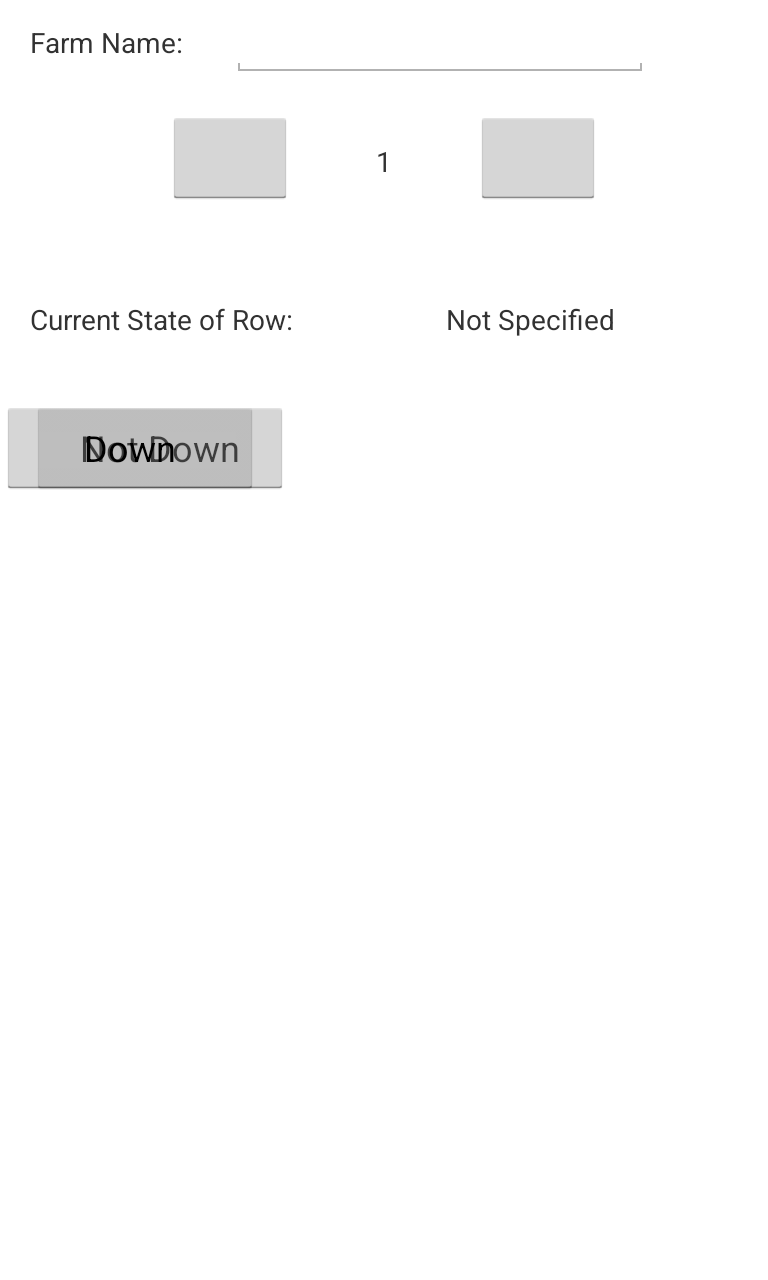
Repository: cokembel/FarmHand
Layout: FarmHand/res/layout/activity_main.xml
The author's editor kept a copy of each file at every save. The layout is drawn from the files as they stood at one save, then again after the next save.
It is drawn on a 768 x 1280 px phone screen (xhdpi) without system bars, with theme AppTheme; the app's code is not run.

Above is the layout before, as saved 2012-12-05 10:26:06.

### FarmHand/res/layout/activity_main.xml

    <ScrollView xmlns:android="http://schemas.android.com/apk/res/android"
        android:layout_width="match_parent"
        android:layout_height="match_parent"
        android:layout_alignParentLeft="true"
        android:layout_alignParentTop="true" >

        <RelativeLayout
            android:layout_width="match_parent"
            android:layout_height="wrap_content" >

            <TextView
                android:id="@+id/farm_label"
                android:layout_width="100dp"
                android:layout_height="wrap_content"
                android:layout_alignBaseline="@+id/farm_name"
                android:layout_alignBottom="@+id/farm_name"
                android:gravity="left"
                android:layout_marginLeft="15dp"
                android:text="@string/farm_name" />

            <AutoCompleteTextView
                android:id="@+id/farm_name"
                android:layout_width="wrap_content"
                android:layout_height="wrap_content"
                android:layout_toRightOf="@+id/farm_label"
                android:layout_alignParentTop="true"
                android:layout_marginRight="15dp"
                android:ems="10" />

            <TextView
                android:id="@+id/status_label"
                android:layout_width="wrap_content"
                android:layout_height="wrap_content"
                android:layout_marginTop="150dp"
                android:layout_alignLeft="@id/farm_label"
                android:text="@string/status" />

            <TextView
                android:id="@+id/current_status"
                android:layout_width="wrap_content"
                android:layout_height="wrap_content"
                android:layout_alignBaseline="@id/status_label"
                android:layout_alignParentRight="true"
                android:gravity="center_horizontal"
                android:layout_toRightOf="@id/status_label"
                android:text="Not Specified" />

             <TextView
                android:id="@+id/row_number"
                android:layout_width="90dp"
                android:layout_height="40dp"
                android:layout_alignBaseline="@+id/prev_row_button"
                android:layout_alignBottom="@+id/prev_row_button"
                android:layout_centerHorizontal="true"
                android:gravity="center"
                android:text="1" />

            <Button
                android:id="@+id/next_row_button"
                android:layout_width="wrap_content"
                android:layout_height="match_parent"
                android:layout_toRightOf="@id/row_number"
                android:layout_alignTop="@id/prev_row_button"
                />

            <Button
                android:id="@+id/prev_row_button"
                android:layout_toLeftOf="@+id/row_number"
                android:layout_width="wrap_content"
                android:layout_height="wrap_content"
                android:layout_marginTop="55dp"
               />

            <Button
                android:id="@+id/not_down_button"
                android:layout_width="130dp"
                android:layout_height="wrap_content"
                android:layout_alignLeft="@+id/status_label"
                android:layout_marginTop="200dp"
                android:text="Not Down" />

            <Button
                android:id="@+id/down_button"
                android:layout_width="130dp"
                android:layout_height="wrap_content"
                android:layout_alignLeft="center"
                android:layout_alignParentBottom="true"
                android:text="Down" />

        </RelativeLayout>

    </ScrollView>

### FarmHand/res/values/strings.xml
<resources>

    <string name="app_name">FarmHand</string>
    <string name="menu_settings">Settings</string>
    <string name="title_activity_main">FarmHand</string>
    <string name="farm_name">Farm Name:</string>
	<string name="status">Current State of Row:</string>

</resources>

Loaded but not shown: FarmHand/res/values-v11/styles.xml (common file); FarmHand/res/values-v14/styles.xml (common file); FarmHand/res/values/styles.xml (common file)

After the next save:
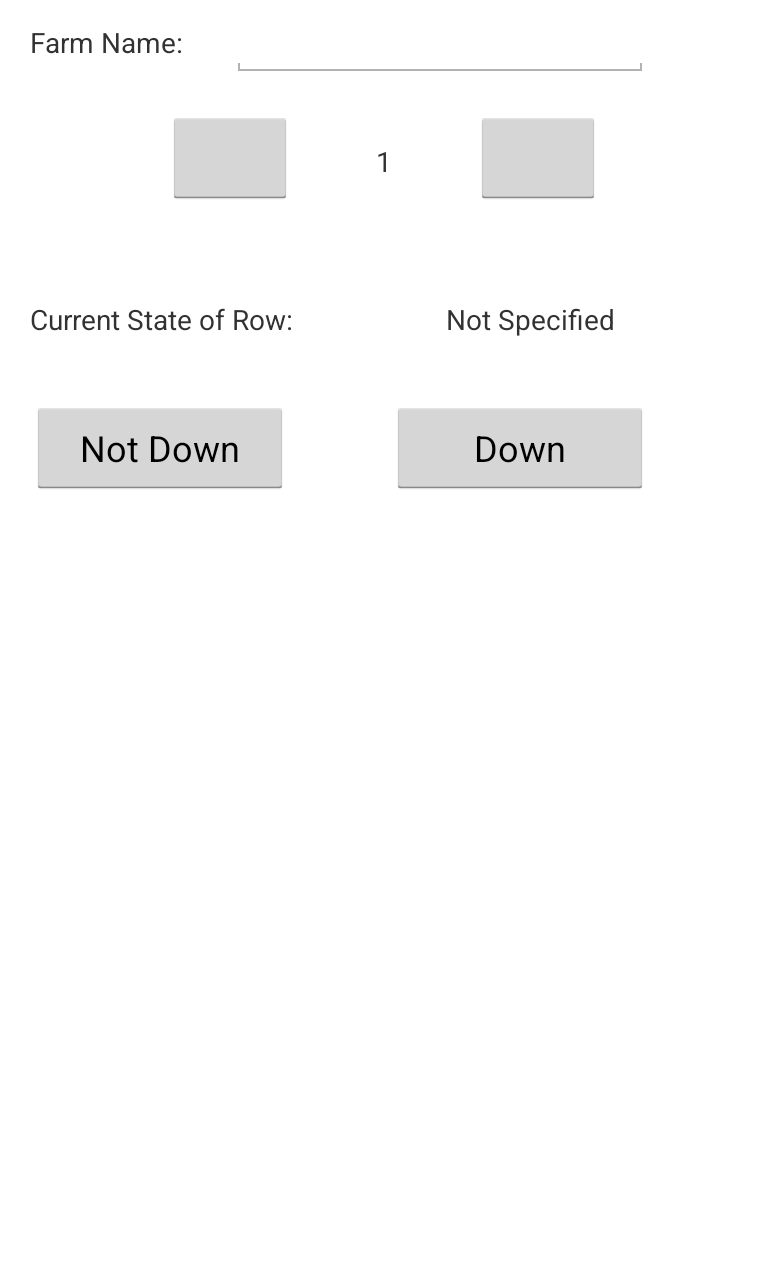
Saved 12 s later.
--- a/FarmHand/res/layout/activity_main.xml
+++ b/FarmHand/res/layout/activity_main.xml
@@ -84,8 +84,8 @@
                 android:id="@+id/down_button"
                 android:layout_width="130dp"
                 android:layout_height="wrap_content"
-                android:layout_alignLeft="center"
                 android:layout_alignParentBottom="true"
+                android:layout_alignRight="@+id/farm_name"
                 android:text="Down" />
 
         </RelativeLayout>
